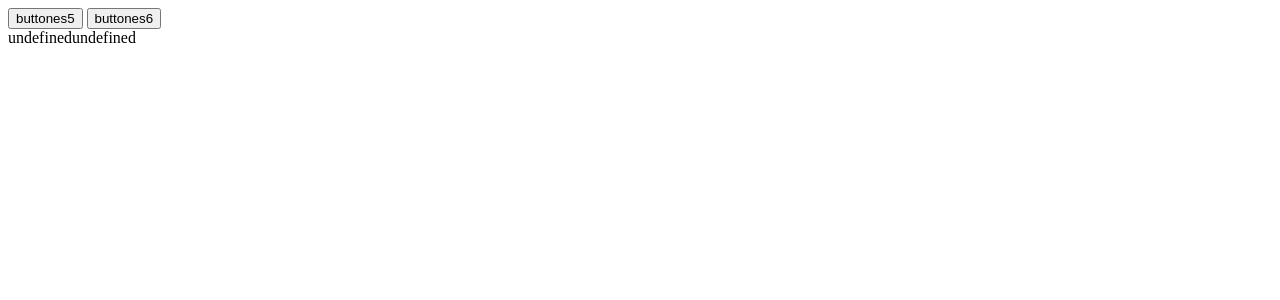
Repository: motiejus1/08-paskaita-JS
Page: index.html
These files come from the project's save history. The page is drawn as it stood at one moment and after a run of saves; the edit follows.
The browser window is 1280 px wide. The pictures show the whole page.

Above is the page before, as saved 2021-06-17 11:53:40.
Console error: TypeError: Failed to execute 'addEventListener' on 'EventTarget': parameter 2 is not of type 'Object'.

After the next 2 saves:
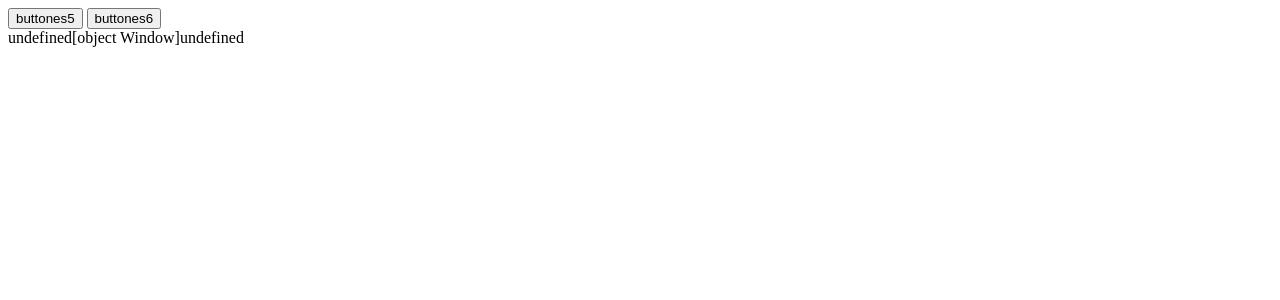
The 2 saves are shown as one change because they came seconds apart.
The last was saved 13 s later.
--- a/script.js
+++ b/script.js
@@ -49,6 +49,7 @@ const daugybaes5 = function(sk1, sk2) {
 const daugybaes6 = (sk1, sk2) => {
     let rezultatas;
     rezultatas = sk1*sk2;
+    document.getElementById('reses5').innerHTML += this;
     console.log(this);
     return rezultatas;
 }
